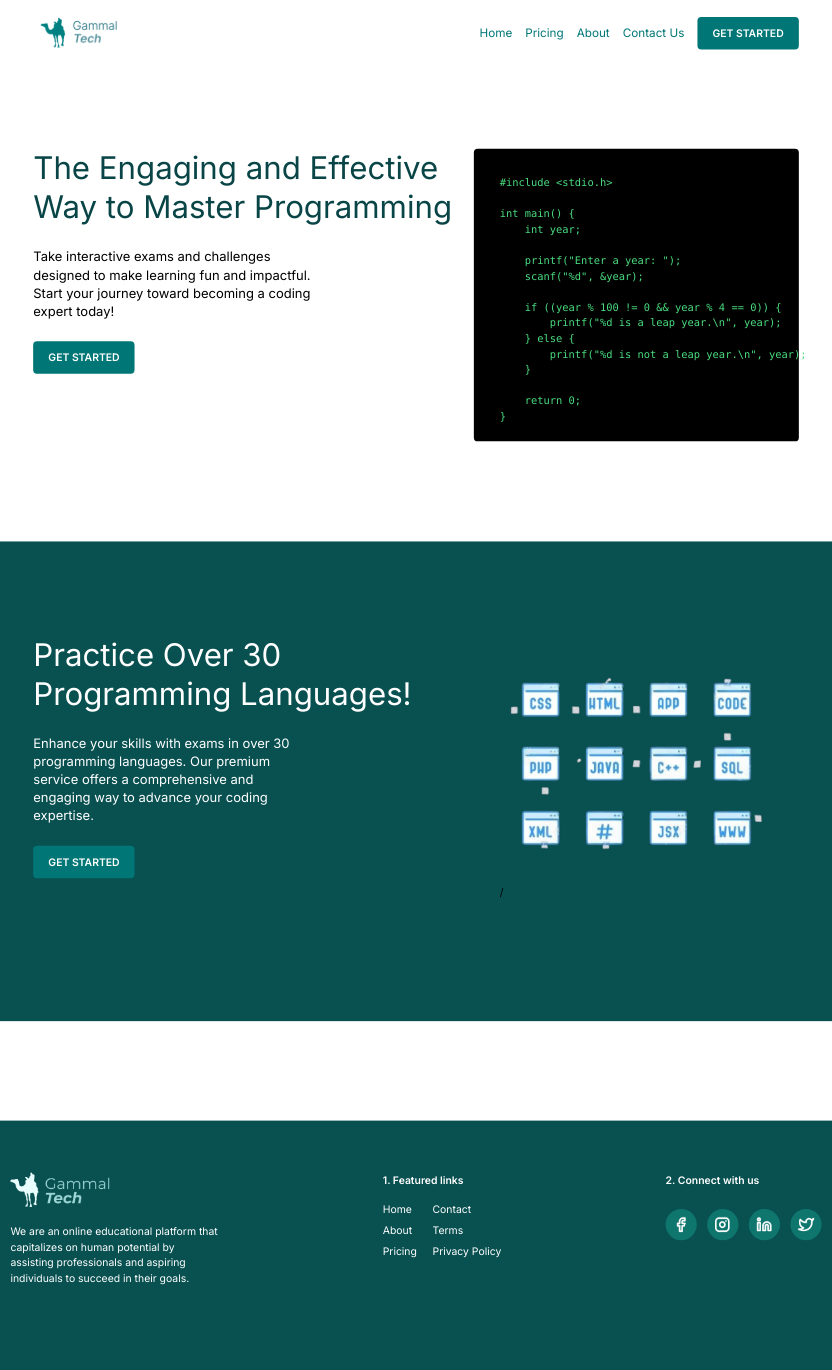
Repository: Ahmed77669/Internship-test
Page: /
An editor plug-in stored every save of this project. The page is shown before and after the next save, followed by the edit.
The browser window is 1280 px wide. The pictures show the whole page, at 65% of full size.
The project was rebuilt for these pictures with package versions that can differ from the ones it lists, and the page was loaded fresh each time. The framework's server and built-in components were replaced by stand-ins that run in the browser. Also part of the build but not shown: next.config.mjs.

Above is the page before, as saved 2024-10-13 18:26:24.

After the next save:
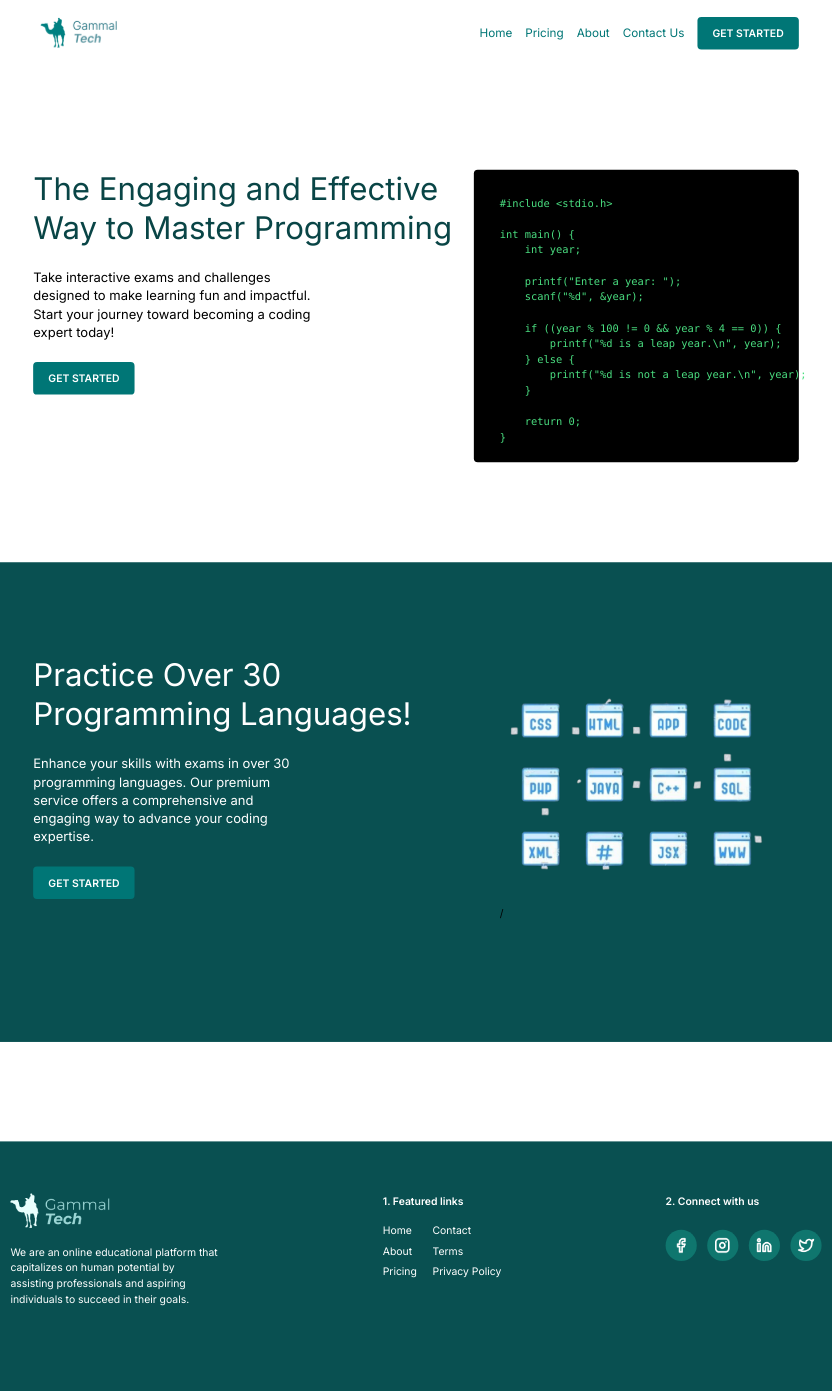
Saved 25 s later.
--- a/components/Home_1.tsx
+++ b/components/Home_1.tsx
@@ -4,7 +4,7 @@
 
 const Home = () => {
   return (
-    <section className='mt-32'>
+    <section className='mt-40'>
         <div className="w-[92%]  container mx-auto flex justify-between flex-wrap">
             <div className='w-[660px]'>
                 <div className="text-[#094546] text-5xl w-full leading-[60px]">The Engaging and Effective Way to Master Programming</div>
